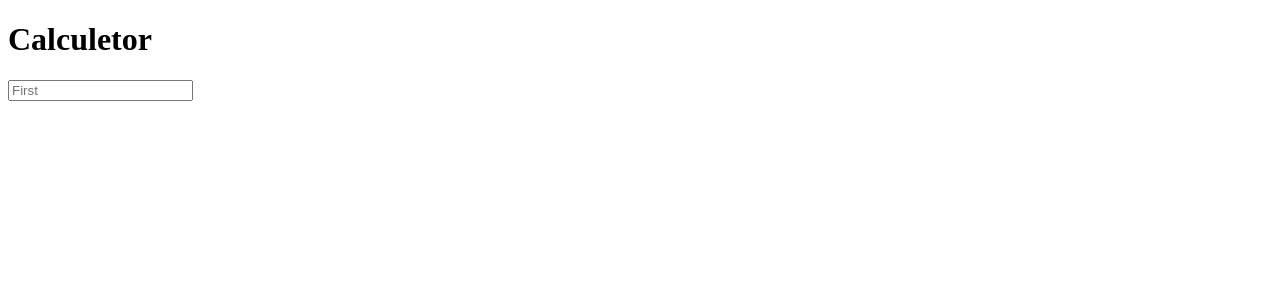
Repository: Arnab532/Calculator
Page: http://localhost/
These files come from the project's save history. The page is drawn as it stood at one moment and after the next save; the edit follows.
The browser window is 1280 px wide. The pictures show the whole page.
The page is run by PHP 8.4 with error messages shown; the project is at /var/www/html/.

Above is the page before, as saved 2021-06-02 12:03:35.

### index.php
<!DOCTYPE html>
<html lang="en">
<head>
    <meta charset="UTF-8">
    <meta http-equiv="X-UA-Compatible" content="IE=edge">
    <meta name="viewport" content="width=device-width, initial-scale=1.0">
    <title>Calculetor</title>
</head>
<body>
    <form action="">
        <h1>Calculetor</h1>
        <input type="number" name="number1" placeholder="First">
    </form>
</body>
</html>

After the next save:
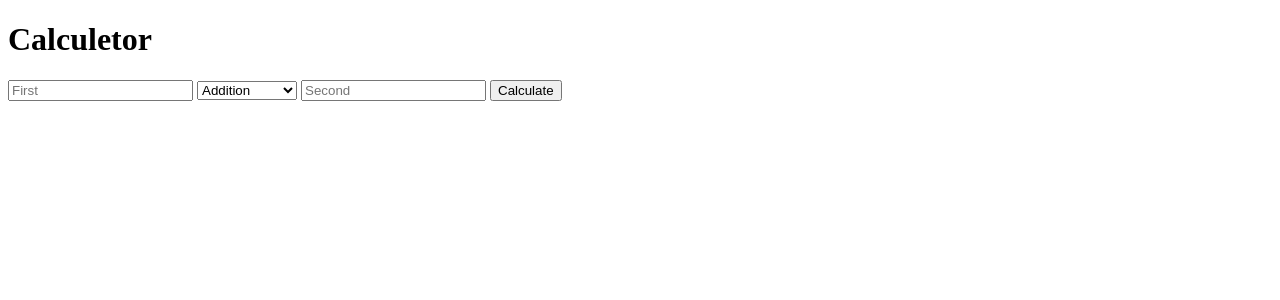
Saved 3 min 35 s later.
--- a/index.php
+++ b/index.php
@@ -10,6 +10,14 @@
     <form action="">
         <h1>Calculetor</h1>
         <input type="number" name="number1" placeholder="First">
+        <select name="opporetor">
+            <option value="add">Addition</option>
+            <option value="sub">Substraction</option>
+            <option value="div">Division</option>
+            <option value="mul">Multiplication</option>
+        </select>
+        <input type="number" name="number2" placeholder="Second">
+        <button type="submit" name="submit">Calculate</button>
     </form>
 </body>
 </html>
